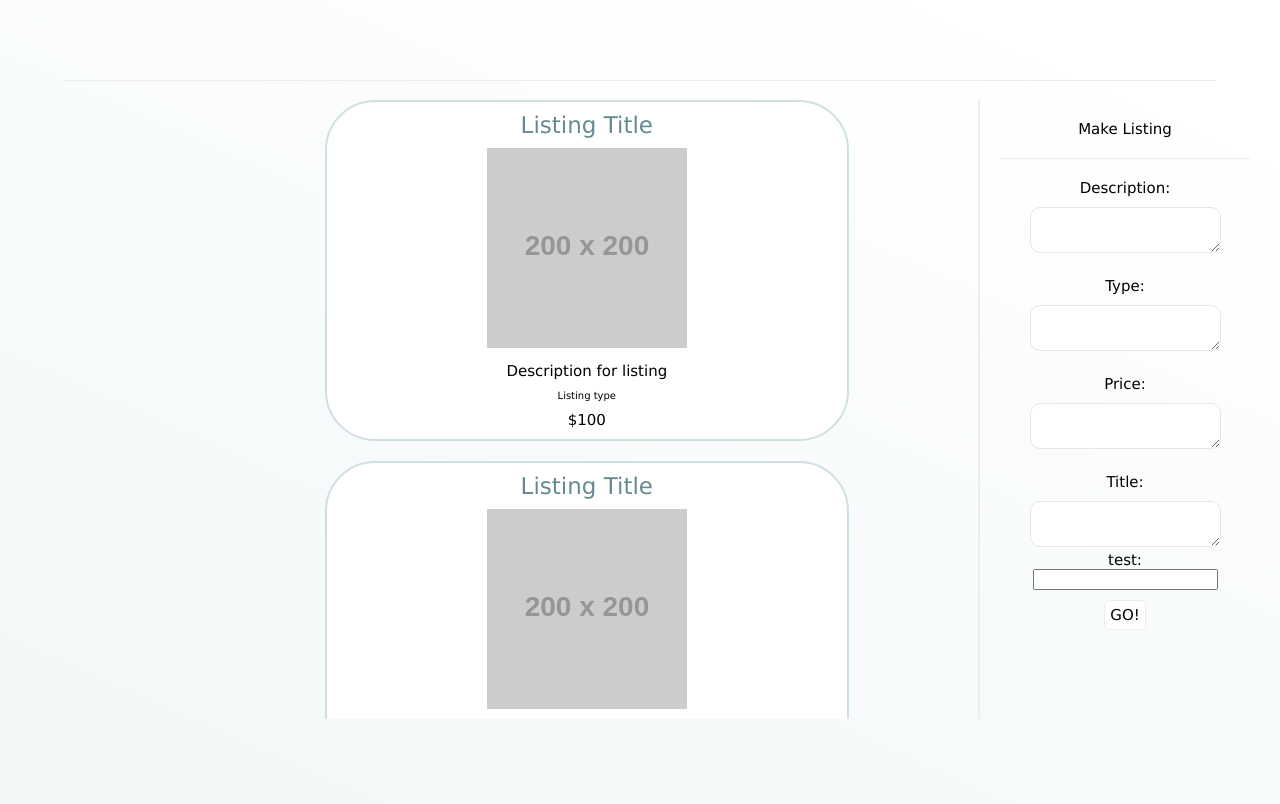
Repository: nataliekchristie/InternetApplicationDevelopment-DockerApp
Page: /
These files come from the project's save history. The page is drawn as it stood at one moment and after the next save; the edit follows.
The browser window is 1280 px wide. The pictures show the whole page.
The page's requests for data from a server got no answer. An inner scrolling area shows only its first screen. The project was rebuilt for these pictures with package versions that can differ from the ones it lists, and the page was loaded fresh each time. No one was signed in, and anything a server would have sent is missing.

Above is the page before, as saved 2021-12-12 10:17:01.

After the next save:
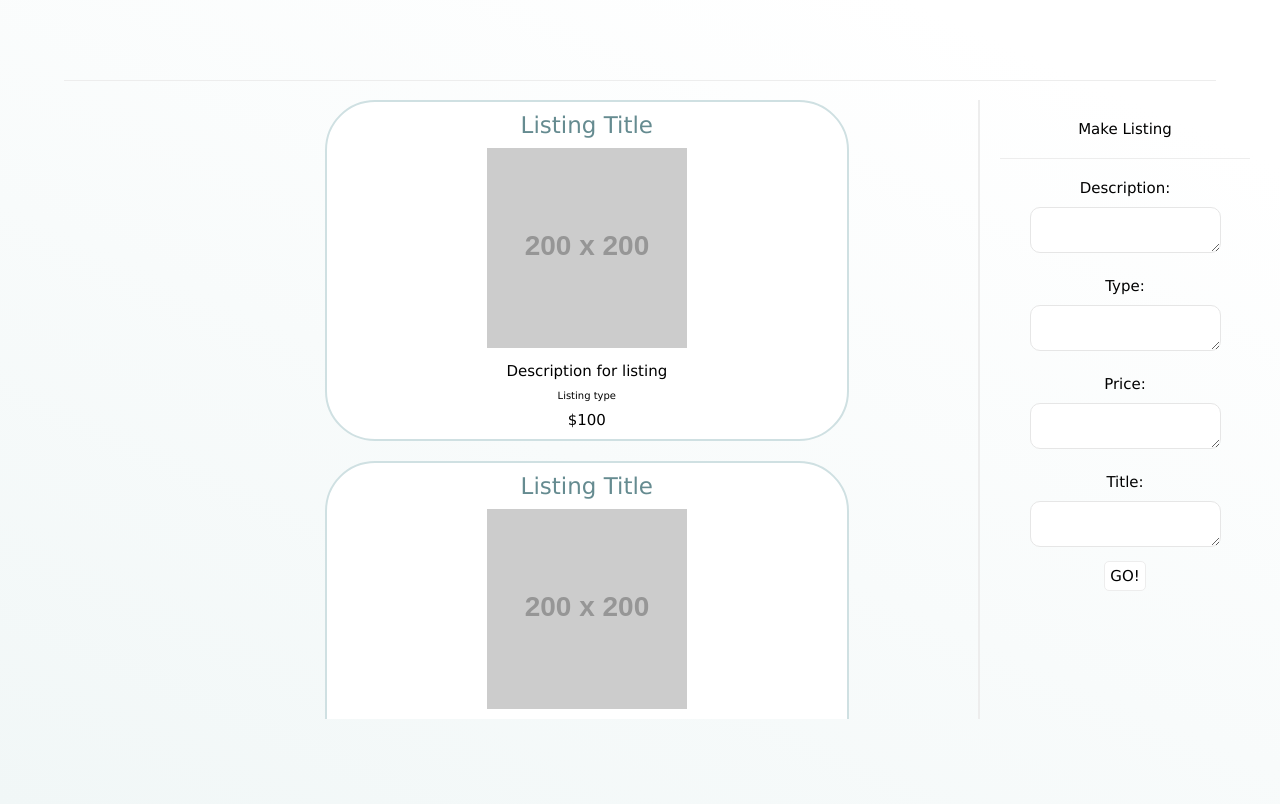
Saved 21 s later.
--- a/src/App.js
+++ b/src/App.js
@@ -171,8 +171,6 @@ const App = ({ adminMode = true }) => {
         <div className="makeListingBox"><textarea id="input-price" onChange={e => setPrice(e.target.value)}></textarea></div>
         <div className="listingText">Title:</div>
         <div className="makeListingBox"><textarea id="input-title" onChange={e => setTitle(e.target.value)}></textarea></div>
-        <div>test:</div>
-        <input type="text" value={text} onChange={handleTextChange} />
         <div><button className="makeListingSubmit" id="submit" onClick={onSubmit}>GO!</button></div>
       </form>
       </div>
